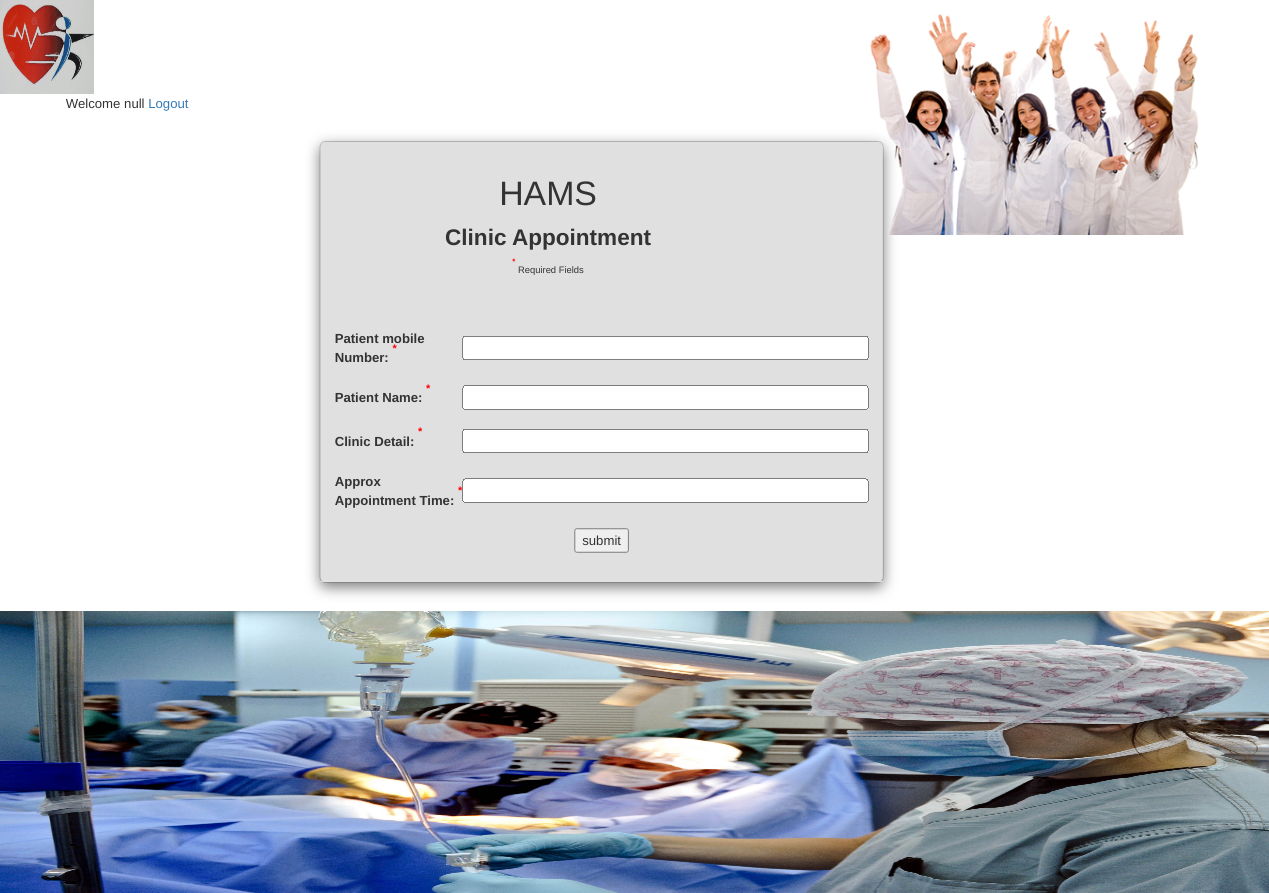
Repository: shiveshk/PullData
Page: http://localhost/Hams/appointment.jsp
The author's editor kept a copy of each file at every save. The page is drawn from the files as they stood at one save, then again after the next save.
The browser window is 1280 px wide. The page is 1350 px wide, so the pictures cover 1350 px, including what lies to the right of the window. The pictures show the whole page, at 94% of full size.
The page is served by Tomcat 9. Nobody is signed in. The application's start-up code is not run.

Above is the page before, as saved 2015-11-09 05:37:00.
Console error (its wording comes from the project's code and is left out).

After the next save:
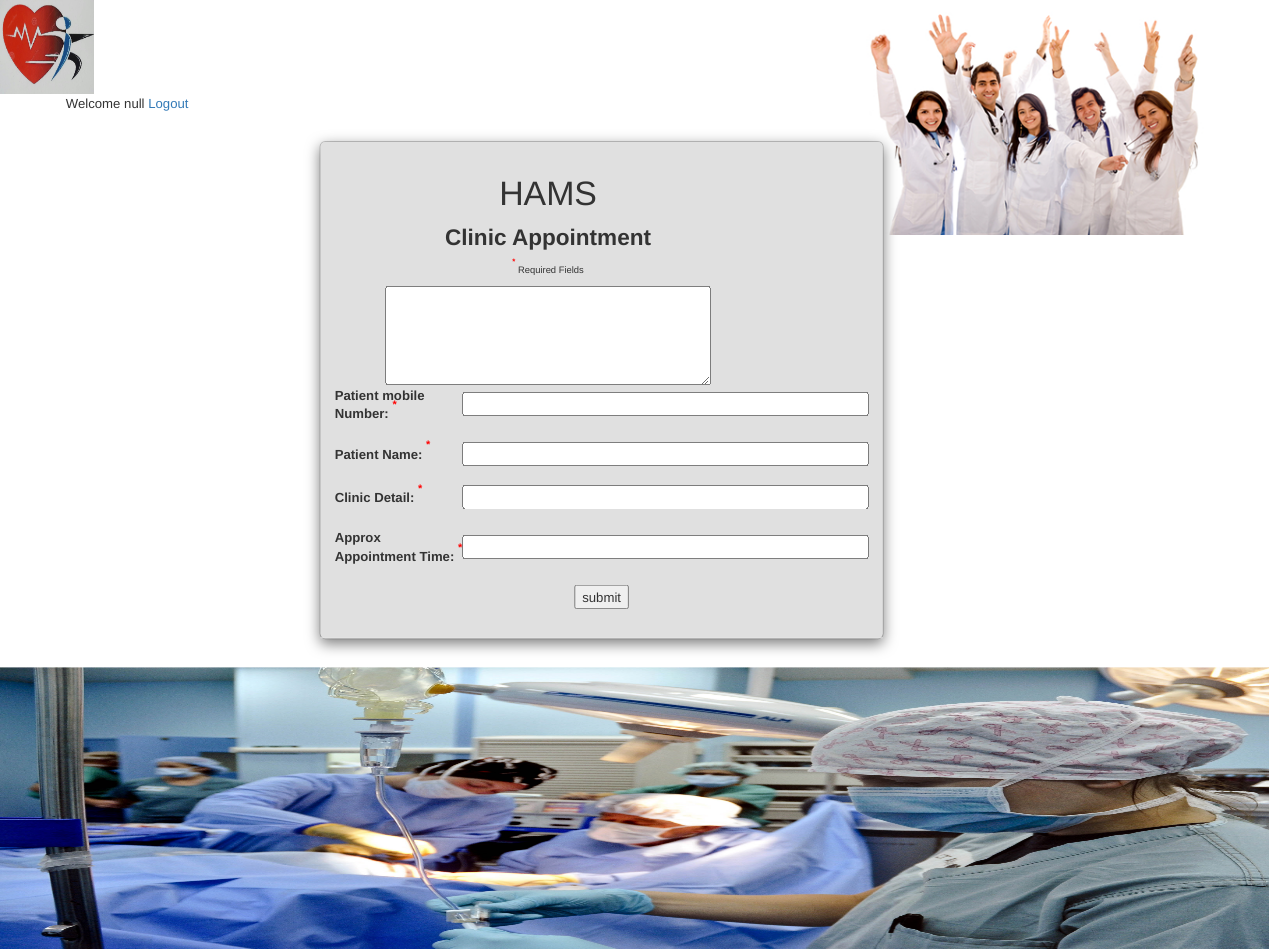
Saved 40 s later.
--- a/Hams/WebContent/appointment.jsp
+++ b/Hams/WebContent/appointment.jsp
@@ -57,7 +57,7 @@ out.println("Welcome "+username);
 	 	 <td><input type="text" id="patient_name" name="patient_name"  size=50 maxlength=5000 /></td>
 	 </tr>
 
-
+	 <textarea name="Text1" cols="40" rows="5" ... ></textarea>
 
 	 <tr class="row3">
 	 	<td><b>Clinic Detail: <sup>*</sup></b> </td>
